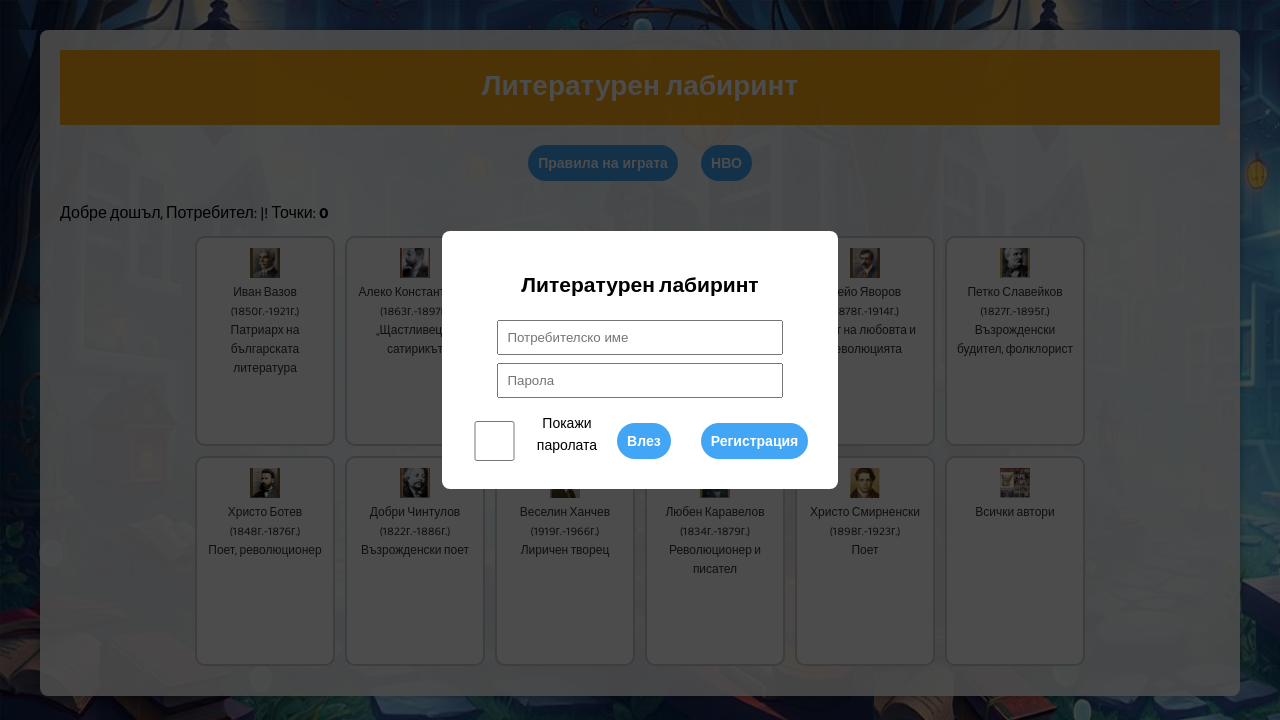
Repository: LY1177/litmaze
Page: public/index.html
An editor plug-in stored every save of this project. The page is shown before and after the next save, followed by the edit.
The browser window is 1280 px wide. The pictures show the window.
The page's requests for data from a server got no answer. A layer covers the whole window, so only the first screen is drawn. Backgrounds fixed to the window are drawn as part of the page.

Above is the page before, as saved 2025-05-01 23:12:55.

After the next save:
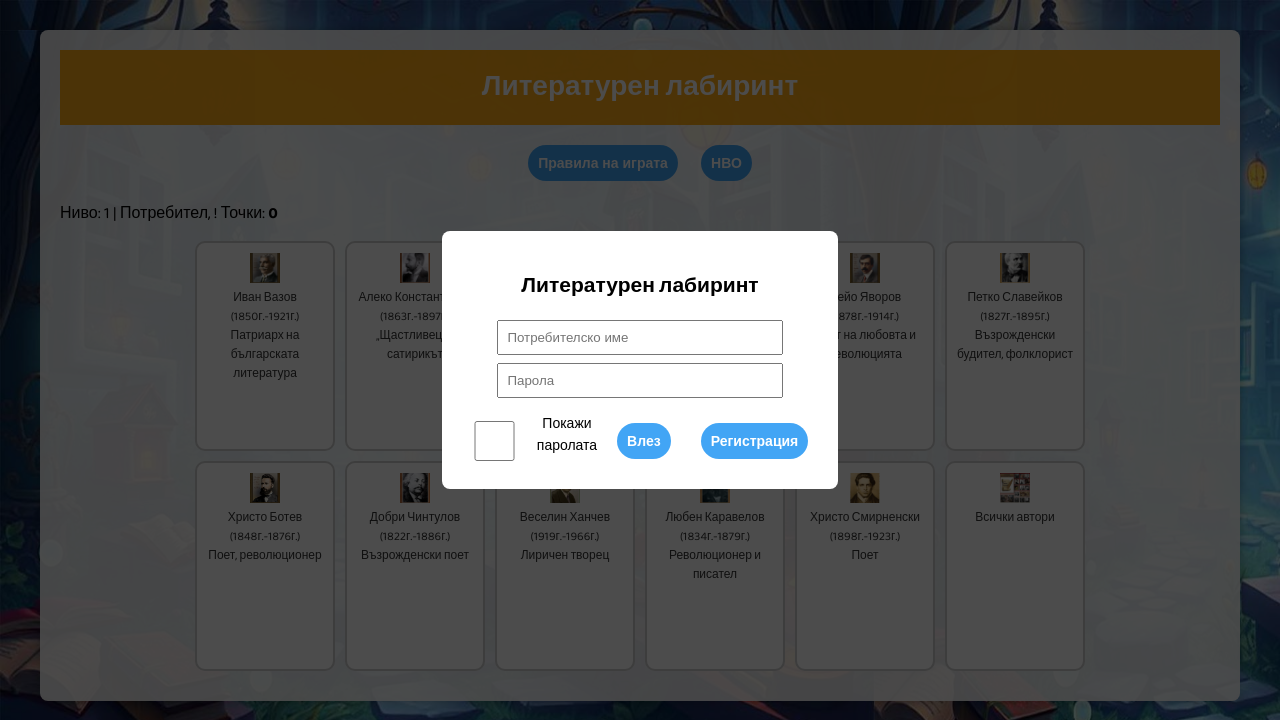
Saved 31 s later.
--- a/public/index.html
+++ b/public/index.html
@@ -86,8 +86,14 @@
   <button id="rules-btn" class="btn">Правила на играта</button>
   <button id="nvo-btn" class="btn">НВО</button>
  </div>
- Добре дошъл, Потребител: <span id="display-username"></span> |<strong><span id="display-username"></span></strong>!
- Точки: <strong><span id="score">0</span></strong>
+ <div id="user-info">
+
+  Ниво: <span id="current-level">1</span> |
+
+    Потребител,  <span id="display-username"></span><strong><span id="display-username"></span></strong>!
+    Точки: <strong><span id="score">0</span></strong>
+
+</div>
 
       <!-- Мрежа с 12 карти -->
       <div class="card-container">
